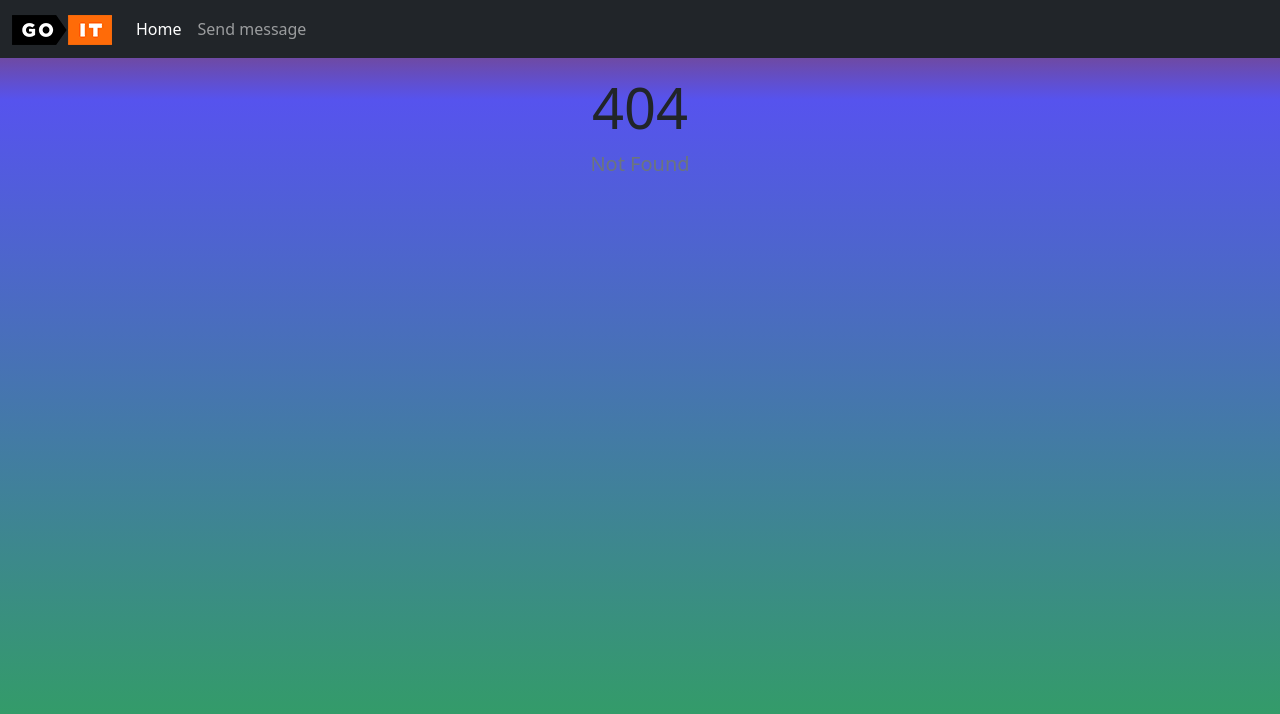
Repository: Nton118/HW_4
Page: error.html
An editor plug-in stored every save of this project. The page is shown before and after the next save, followed by the edit.
The browser window is 1280 px wide. The pictures show the whole page.

Above is the page before, as saved 2023-06-03 15:01:22.

### error.html
<!DOCTYPE html>
<html lang="en">

<head>
  <meta charset="UTF-8" />
  <meta http-equiv="X-UA-Compatible" content="IE=edge" />
  <meta name="viewport" content="width=device-width, initial-scale=1.0" />
  <title>Document</title>
  <!-- CSS only -->
  <link href="https://cdn.jsdelivr.net/npm/bootstrap@5.2.2/dist/css/bootstrap.min.css" rel="stylesheet"
    integrity="sha384-Zenh87qX5JnK2Jl0vWa8Ck2rdkQ2Bzep5IDxbcnCeuOxjzrPF/et3URy9Bv1WTRi" crossorigin="anonymous" />
  <link rel="stylesheet" href="/style.css" />
</head>

<body>
  <header>
    <nav class="navbar navbar-expand navbar-dark bg-dark" aria-label="Second navbar example">
      <div class="container-fluid">
        <a class="navbar-brand" href="#">
          <img src="/logo.png" alt="logo" />
        </a>
        <div class="collapse navbar-collapse" id="navbarsExample02">
          <ul class="navbar-nav me-auto">
            <li class="nav-item">
              <a class="nav-link active" aria-current="page" href="/">Home</a>
            </li>
            <li class="nav-item">
              <a class="nav-link" href="/message">Send message</a>
            </li>
          </ul>
        </div>
      </div>
    </nav>

    <div class="p-3 pb-md-4 mx-auto text-center">
      <h1 class="display-4 fw-normal">404</h1>
      <p class="fs-5 text-muted">
        Not Found
      </p>
    </div>
  </header>

</body>

</html>

### style.css
html {
  display: flex;
  flex-direction: column;
  height: 100%;
}

body {
  flex: 1;
  background-image: linear-gradient(180deg, #903d3d, #5653ee 100px, #339c68);
}

.container {
  max-width: 960px;
}

textarea {
  height: 250px;
}

After the next save:
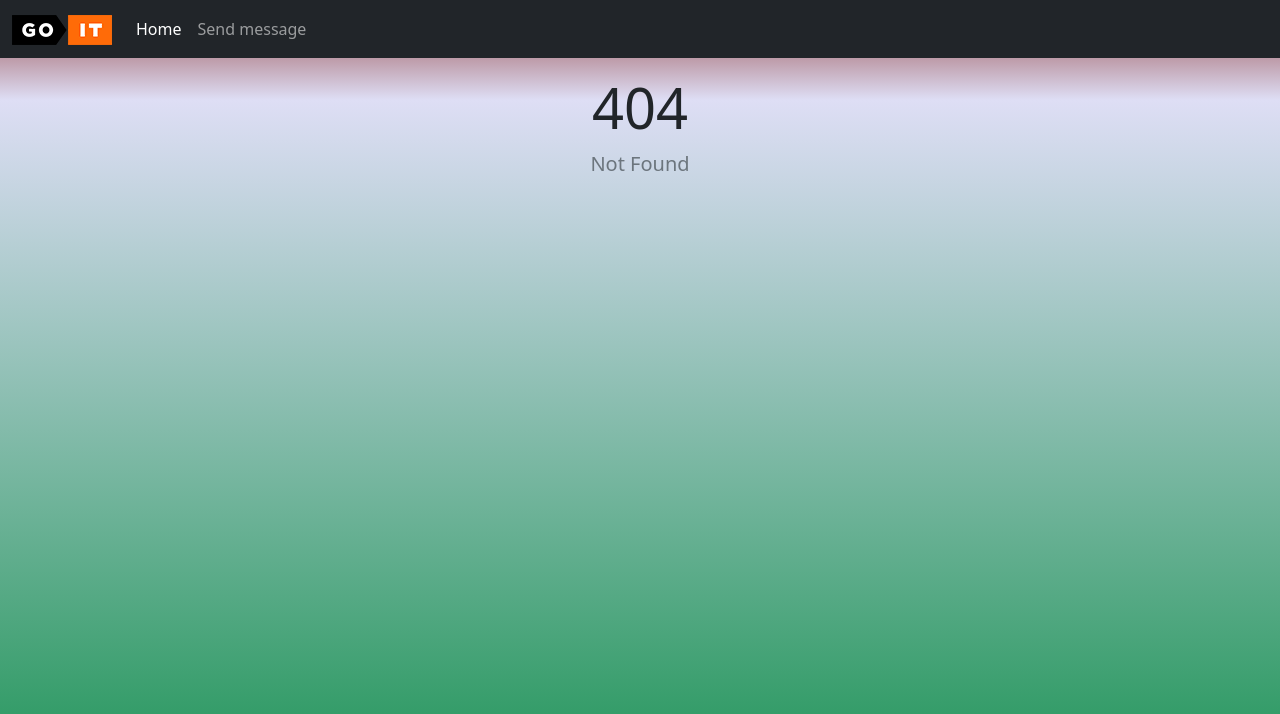
Saved 19 s later.
--- a/style.css
+++ b/style.css
@@ -6,7 +6,7 @@
 
 body {
   flex: 1;
-  background-image: linear-gradient(180deg, #903d3d, #5653ee 100px, #339c68);
+  background-image: linear-gradient(180deg, #903d3d, #dedef5 100px, #339c68);
 }
 
 .container {
